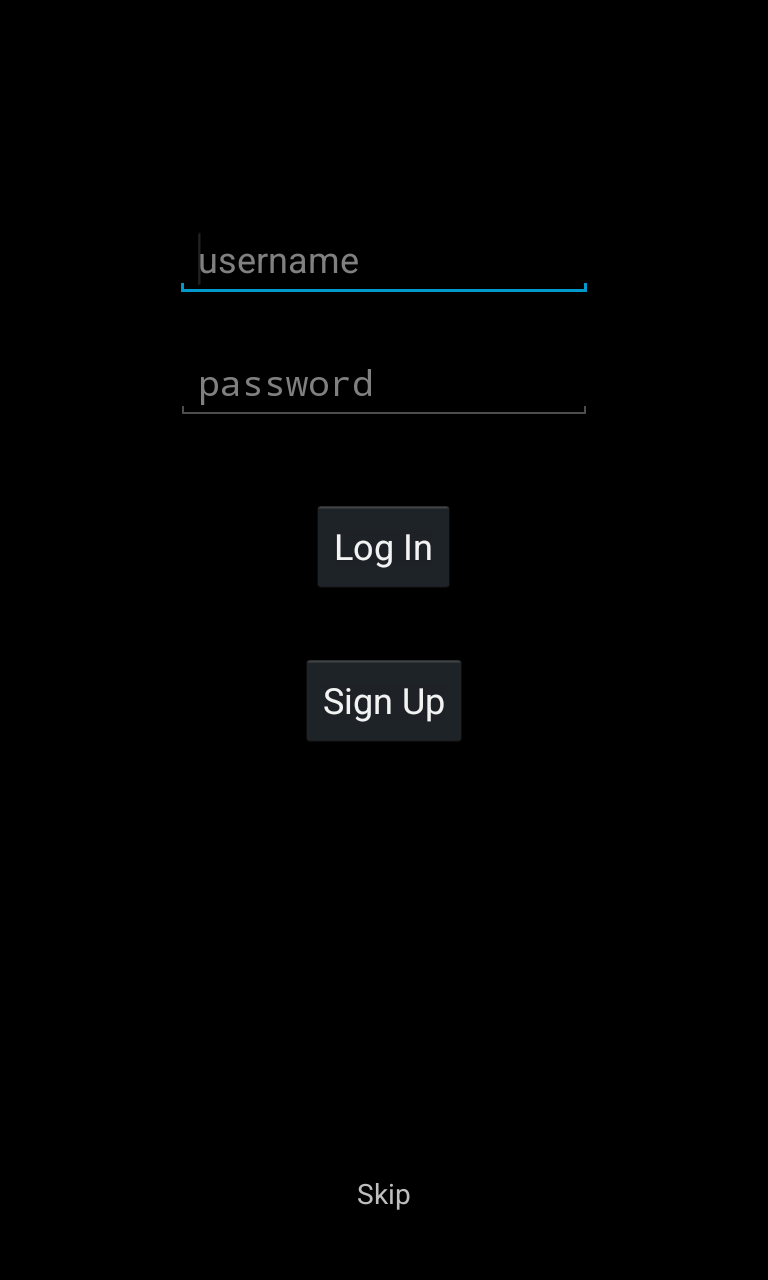
Repository: arianaantonio/CPMD
Layout: ContactsAppAndroid/res/layout/main.xml
An editor plug-in stored every save of this project. The layout is shown before and after the next save, followed by the edit.
It is drawn on a 768 x 1280 px phone screen (xhdpi) without system bars, with theme android:Theme.Holo; the app's code is not run.

Above is the layout before, as saved 2014-10-30 11:38:55.

After the next save:
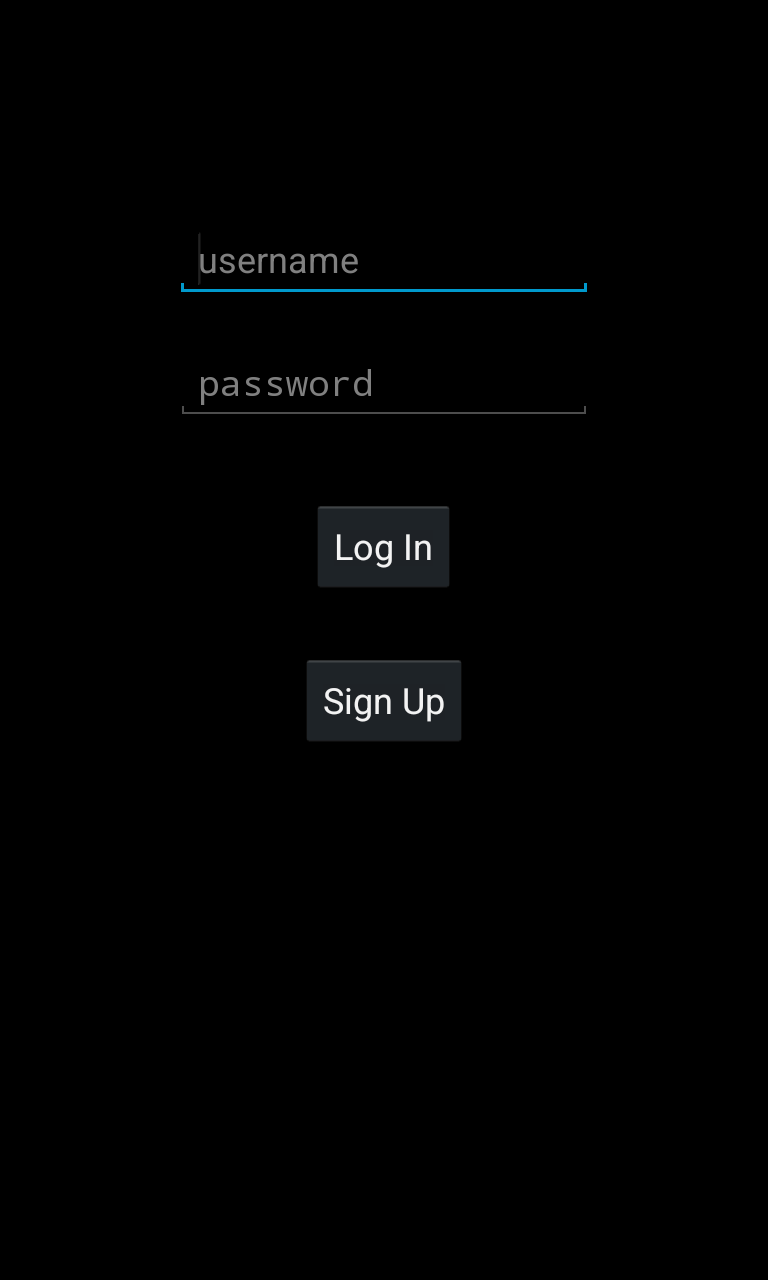
Saved 3 min 15 s later.
--- a/ContactsAppAndroid/res/layout/main.xml
+++ b/ContactsAppAndroid/res/layout/main.xml
@@ -28,18 +28,6 @@
         android:hint="@string/password"
         android:inputType="textPassword" />
 
-    <TextView
-        android:id="@+id/skipLink"
-        android:layout_width="wrap_content"
-        android:layout_height="wrap_content"
-        android:layout_alignParentBottom="true"
-        android:layout_centerHorizontal="true"
-        android:layout_marginBottom="34dp"
-        android:clickable="true"
-        android:linksClickable="true"
-        android:text="@string/skip"
-        android:onClick="onClick" />
-
     <Button
         android:id="@+id/loginButton"
         android:layout_width="wrap_content"
